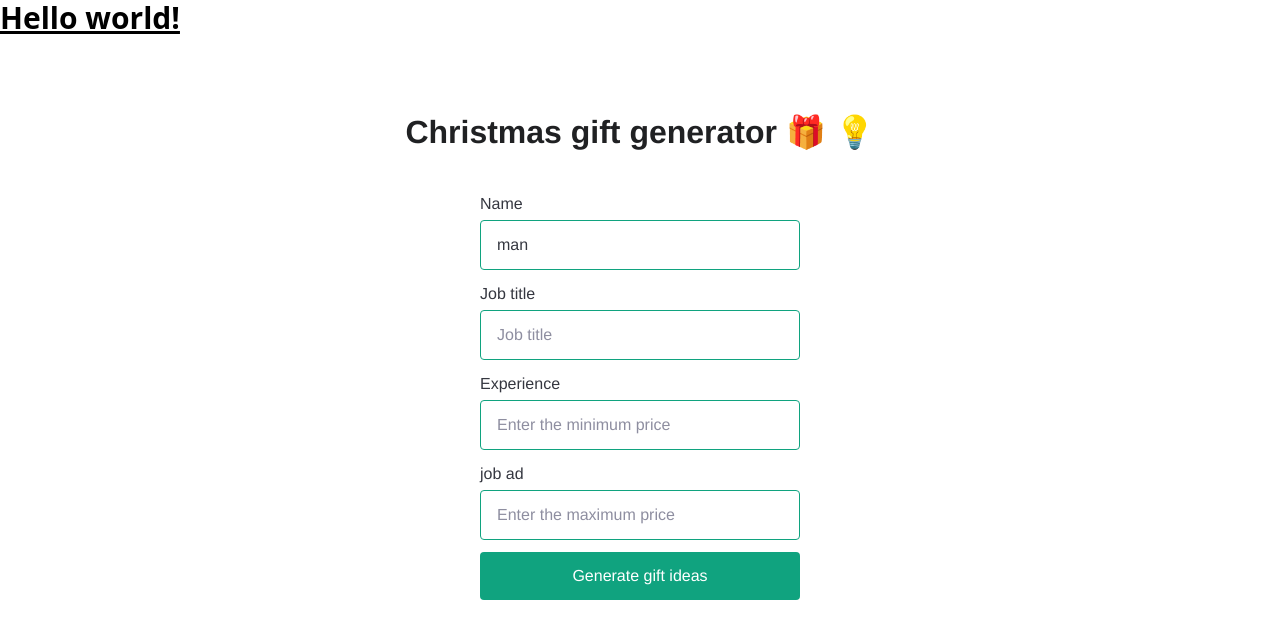
Repository: hamza-mastar/chatgpt-jpbad
Page: /
These files come from the project's save history. The page is drawn as it stood at one moment and after the next save; the edit follows.
The browser window is 1280 px wide. The pictures show the whole page.
Some web fonts or font styles are not loaded; a fallback is used. The project was rebuilt for these pictures with package versions that can differ from the ones it lists, and the page was loaded fresh each time. The framework's server and built-in components were replaced by stand-ins that run in the browser.

Above is the page before, as saved 2023-01-30 03:15:07.

### pages/_app.js
import 'tailwindcss/tailwind.css'

import '../styles.css'

export default function MyApp({ Component, pageProps }) {
  return <Component {...pageProps} />
}

### pages/index.js
import Head from 'next/head';
import React from 'react';
import { useState } from 'react';
import styles from './index.module.css';

import Typed from 'react-typed'
// import './gifts.css'




export default function Home() {
  const [name, setName] = useState('man');
  const [job_title, setJob_title] = useState("");
  const [experience, setExperience] = useState("");
  const [job_ad, setJob_ad] = useState("");

  const [loading, setLoading] = useState(false);

  const [result, setResult] = useState('');

  async function onSubmit(event) {
    event.preventDefault();
    if (loading) {
      return;
    }
    setLoading(true);
    setResult('hamza');
    const response = await fetch('/api/generate-gifts', {
      method: 'POST',
      headers: {
        'Content-Type': 'application/json',
      },
      body: JSON.stringify({ name, job_title, experience, job_ad}),
    });
    const data = await response.json();
    setResult(data.result.replaceAll('\n', '<br />'));
    setLoading(false);
  }


  return (
    <>
   <h1 className="text-3xl font-bold underline">
      Hello world!
    </h1>


    <div>
      <Head>
        <title>OpenAI Quickstart</title>
        <link rel="icon" href="/dog.png" />
      </Head>

      <main className={styles.main}>
        <h3  >Christmas gift generator 🎁 💡</h3>
        <form  onSubmit={onSubmit}>
          <label>Name</label>
          <input
            type="text"
            name="name"
            placeholder="Enter the Name"
            value={name}
            onChange={(e) => setName(e.target.value)}
          />


          <label>Job title</label>
          <input
            type="text"
            name="job_title"
            placeholder="Job title"
            value={job_title}
            onChange={(e) => setJob_title(e.target.value)}
          />

          <label>Experience </label>
          <input
            type="text"
            name="experience"
            placeholder="Enter the minimum price"
            value={experience}
            onChange={(e) => setExperience(e.target.value)}
          />

          <label> job ad</label>
          <input
            type="text"
            name="job_ad"
            placeholder="Enter the maximum price"
            value={job_ad}
            onChange={(e) => setJob_ad(e.target.value)}
          />



          <input type="submit" value="Generate gift ideas" />
        </form>
        {loading && (
          <div>
            <h3>Looking for the best gift ideas 🎁 💡</h3>
            <img src="/loading.gif" className={styles.loading} />
          </div>
        )}
        <div
          className={styles.result}
          dangerouslySetInnerHTML={{ __html: result }}


        />




      </main>
      </div>



    </>
  );
}
// Name Job_title Experience job_ad

### pages/index.module.css


@font-face {
  font-family: "ColfaxAI";
  src: url(https://cdn.openai.com/API/fonts/ColfaxAIRegular.woff2)
      format("woff2"),
    url(https://cdn.openai.com/API/fonts/ColfaxAIRegular.woff) format("woff");
  font-weight: normal;
  font-style: normal;
}
@font-face {
  font-family: "ColfaxAI";
  src: url(https://cdn.openai.com/API/fonts/ColfaxAIBold.woff2) format("woff2"),
    url(https://cdn.openai.com/API/fonts/ColfaxAIBold.woff) format("woff");
  font-weight: bold;
  font-style: normal;
}
.main,
.main input {
  font-size: 16px;
  line-height: 24px;
  color: #353740;
  font-family: "ColfaxAI", Helvetica, sans-serif;
}
.main {
  display: flex;
  flex-direction: column;
  align-items: center;
  padding-top: 60px;
}
.main .icon {
  width: 34px;
}
.main h3 {
  font-size: 32px;
  line-height: 40px;
  font-weight: bold;
  color: #202123;
  margin: 16px 0 40px;
}
.main form {
  display: flex;
  flex-direction: column;
  width: 320px;
}
.main input[type="text"] {
  padding: 12px 16px;
  border: 1px solid #10a37f;
  border-radius: 4px;
  margin-bottom: 24px;
  outline-color: #10a37f;
}
.main ::placeholder {
  color: #8e8ea0;
  opacity: 1;
}
.main input[type="submit"] {
  padding: 12px 0;
  color: #fff;
  background-color: #10a37f;
  border: none;
  border-radius: 4px;
  text-align: center;
  cursor: pointer;
}
.main .result {
  font-weight: bold;
  margin-top: 40px;
}

.main .loading {
  width: 50;
}

.main input[type="text"],
.main input[type="number"],
.main select {
  padding: 12px 16px;
  border: 1px solid #10a37f;
  border-radius: 4px;
  margin-bottom: 12px;
  margin-top: 4px;
}
.hamza {
  background-color: #10a37f;
}

Loaded but not shown: styles.css (common file); tailwind.config.js (common file)

After the next save:
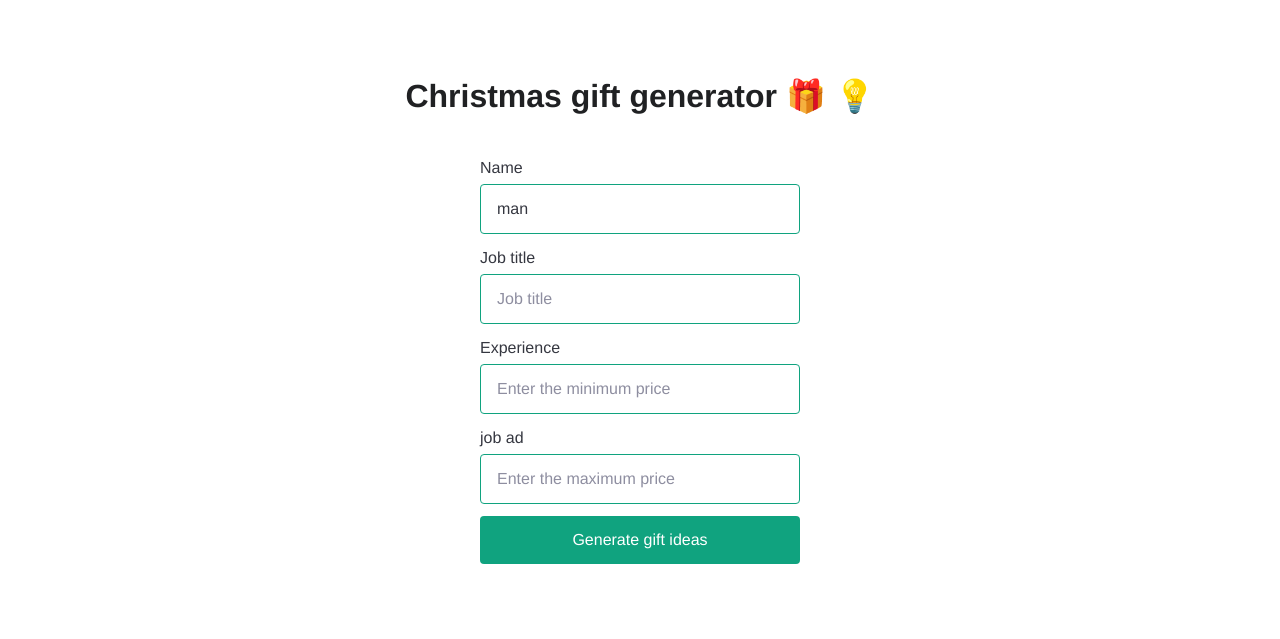
Saved 64 s later.
--- a/pages/index.js
+++ b/pages/index.js
@@ -1,7 +1,9 @@
 import Head from 'next/head';
 import React from 'react';
 import { useState } from 'react';
-import styles from './index.module.css';
+
+
+import styles from '../styles/index.module.css';
 
 import Typed from 'react-typed'
 // import './gifts.css'
@@ -41,9 +43,7 @@ export default function Home() {
 
   return (
     <>
-   <h1 className="text-3xl font-bold underline">
-      Hello world!
-    </h1>
+
 
 
     <div>
